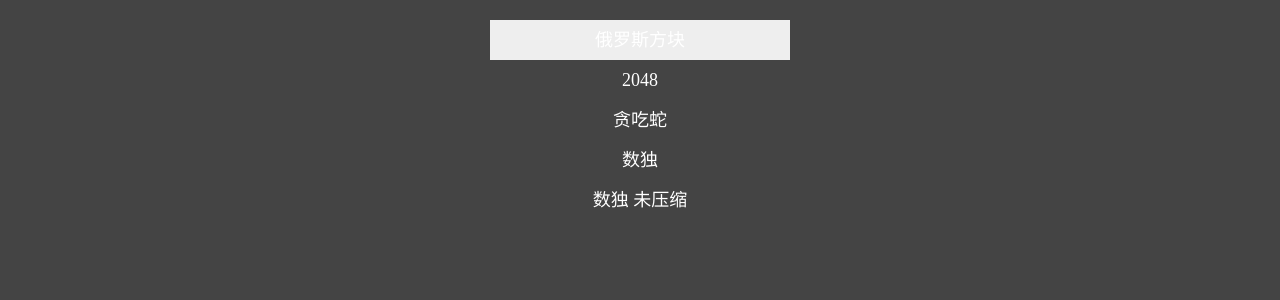
Repository: yangtengxiang/get_test
Page: game/H5/index.html
An editor plug-in stored every save of this project. The page is shown before and after the next save, followed by the edit.
The browser window is 1280 px wide. The pictures show the whole page.
The pointer rests on the first visible `.link-box a`.

Above is the page before, as saved 2020-04-29 17:38:46.

### game/H5/index.html
<!DOCTYPE html>
<html lang="zh-CN">
<head>
	<meta name="renderer" content="webkit">
	<meta http-equiv="Content-Type" content="text/html; charset=utf-8">
	<meta http-equiv="X-UA-Compatible" content="IE=edge,chrome=1">
	<meta name="viewport" content="width=device-width, initial-scale=1.0, maximum-scale=1.0, minimum-scale=1.0, user-scalable=no">
	<meta charset="UTF-8">
	<title>新页面</title>
	<style>
		body{
			background: #444;
		}
		.link-box{
			width: 300px;
			margin: 20px auto;
		}
		.link-box a{
			display: block;
			line-height: 40px;
			font-size: 18px;
			color: #FFF;
			text-decoration: none;
			text-align: center;
		}.link-box a:hover{
			background: #eee;
		}
	</style>
</head>
<body>
	 <div class="link-box">
		 <a href="elsfk.html">俄罗斯方块</a>
		 <a href="2048.html">2048</a>
		 <a href="tanchishe.html">贪吃蛇</a>

		 <a href="Sudoku_1.1.min.html">数独</a>
		 <a href="Sudoku_1.1.html">数独 未压缩</a>
	 </div>
</body>
</html>

After the next save:
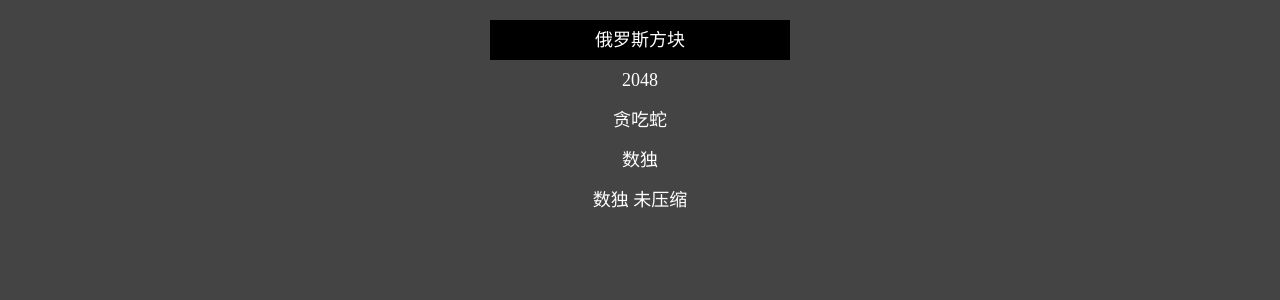
Saved 8 s later.
--- a/game/H5/index.html
+++ b/game/H5/index.html
@@ -23,7 +23,7 @@
 			text-decoration: none;
 			text-align: center;
 		}.link-box a:hover{
-			background: #eee;
+			background: #000;
 		}
 	</style>
 </head>
